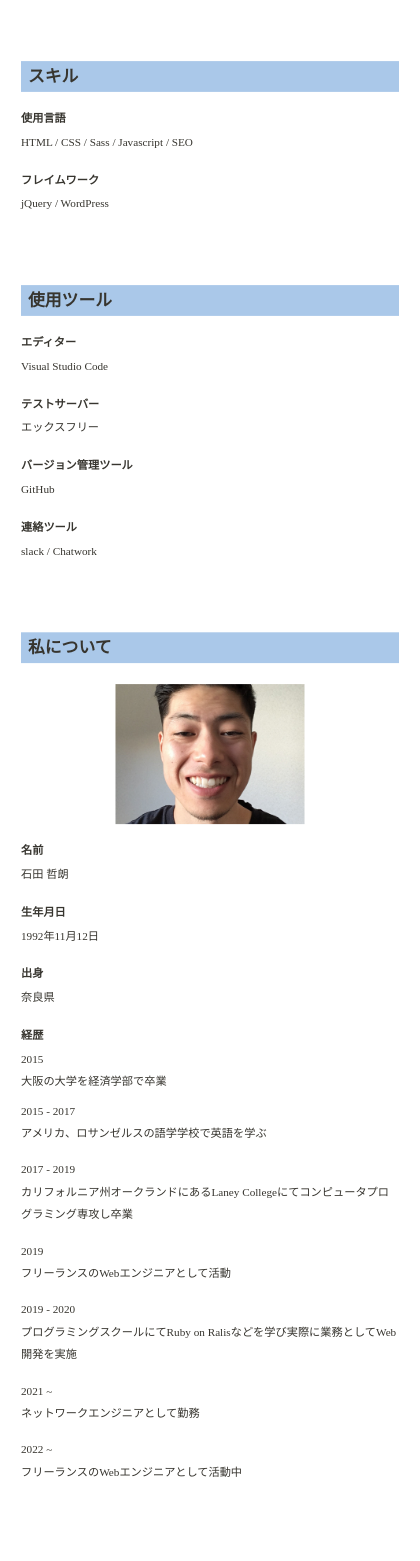
Repository: tetishi/my-portfolio
Page: index.html
These files come from the project's save history. The page is drawn as it stood at one moment and after a run of saves; the edit follows.
The browser window is 600 px wide. The pictures show the part of the page from y = 3715 to 5955 px (the page is 5945 px tall before and 5955 px after), at 70% of full size.
The style sheet was rebuilt from its Sass, Less or Tailwind sources for each picture, by a compiler version that may differ from the author's.

Above is the page before, as saved 2023-07-08 23:54:31.

### index.html
<!DOCTYPE html>
<html lang="ja">

<head>
    <meta name="robots" content="noindex">
    <meta charset="UTF-8">
    <meta name="viewport" content="width=device-width, initial-scale=1.0">
    <meta http-equiv="X-UA-Compatible" content="ie=edge">
    <meta property="og:title" content="ここにタイトル入れてください" />
    <meta property="og:type" content="website" />
    <meta property="og:url" content="#" />
    <meta property="og:image" content="#" />
    <meta property="og:site_name" content="" />
    <meta property="og:description" content="ここには説明文を入れてください" />
    <title>ポートフォリオ</title>
    <link rel="stylesheet" href="reset.css">
    <link rel="stylesheet" href="style.css">
    <link rel="icon" href="img/favicon.ico">

</head>

<body>
    <header>

    </header>

    <main>

        <section>
            <!-- ここ記入 -->
            <h1>ポートフォリオ<br class="d-none">（石田 哲朗）</h1>
            <p>お忙しい中 ご覧頂きありがとうございます。</p>
            <p>以下、過去の作品でございます。</p>
            <!-- ここ記入 -->
            <!-- <p>ベーシック認証がかかっているものは<br>ID aaa<br>パスワード aaa<br> です。</p> -->
        </section>
        <section>

            <h2>過去の作品</h2>
            <h3 class="sub-tit">LP作成</h3>

            <!-- １作品目 -->
            <div class="work">
                <!-- サイトのイメージ写真を入れます -->
                <picture>
                    <source srcset="img/munchkin.webp" type="image/webp">
                    <img src="img/munchkin.png">
                </picture>
                <!-- ここ記入 -->
                <p class="work_tit">MUNCHKIN</p>
                <!-- ここ記入 -->
                <p class="work_link"><a target="_blank" rel="noopener noreferrer" href="https://tetishi.github.io/munchkin2/">MUNCHKINへのリンク</a></p>
                <p class="details">＊担当業務</p>
                <p>コーディング</p>
                <p class="details">＊制作期間</p>
                <!-- ここ記入 -->
                <p>1週間</p>
                <p class="details">＊説明</p>
                <!-- ここ記入 -->
                <p>XDのデザインを元にHTML5, CSS3, jQueryを使いレスポンシブ対応のデザインカンプとして作成しました。jQueryによるアニメーション効果あり（ハンバーガーメニュー、スクロールボタン）</p>
            </div>

            <!-- 　２作品目 -->
            <div class="work">
                <!-- サイトのイメージ写真を入れます -->
                <picture>
                    <source srcset="img/start.webp" type="image/webp">
                    <img src="img/start.png">
                </picture>
                <!-- ここ記入 -->
                <p class="work_tit">START</p>
                <!-- ここ記入 -->
                <p class="work_link"><a target="_blank" rel="noopener noreferrer" href="https://tetishi.github.io/">STARTへのリンク</a></p>
                <p class="details">＊担当業務</p>
                <p>コーディング</p>
                <p class="details">＊制作期間</p>
                <!-- ここ記入 -->
                <p>1週間</p>
                <p class="details">＊説明</p>
                <!-- ここ記入 -->
                <p>XDのデザインを元にHTML5, CSS3, jQueryを使いレスポンシブ対応のデザインカンプとして作成しました。jQueryによるアニメーション効果あり（ハンバーガーメニュー）</p>
            </div>

            <!-- 　3作品目 -->
            <div class="work">
                <!-- サイトのイメージ写真を入れます -->
                <picture>
                    <source srcset="img/wdc.webp" type="image/webp">
                    <img src="img/wdc.png">
                </picture>
                <!-- ここ記入 -->
                <p class="work_tit">WDC</p>
                <!-- ここ記入 -->
                <p class="work_link"><a target="_blank" rel="noopener noreferrer" href="https://tetishi.github.io/wdc/">WDCへのリンク</a></p>
                <p class="details">＊担当業務</p>
                <p>コーディング</p>
                <p class="details">＊制作期間</p>
                <!-- ここ記入 -->
                <p>2週間</p>
                <p class="details">＊説明</p>
                <!-- ここ記入 -->
                <p>XDのデザインを元にHTML5, CSS3, jQueryを使いレスポンシブ対応のデザインカンプとして作成しました。jQueryによるアニメーション効果あり（ページ内スクロールボタン、トップに戻るボタン）</p>
            </div>

            <!-- 　4作品目 -->
            <div class="work">
                <!-- サイトのイメージ写真を入れます -->
                <picture>
                    <source srcset="img/cresta-design.webp" type="image/webp">
                    <img src="img/cresta-design.png">
                </picture>
                <!-- ここ記入 -->
                <p class="work_tit">Cresta Design</p>
                <!-- ここ記入 -->
                <p class="work_link"><a target="_blank" rel="noopener noreferrer" href="https://tetishi.github.io/cresta-design/">Cresta Designへのリンク</a></p>
                <p class="details">＊担当業務</p>
                <p>コーディング</p>
                <p class="details">＊制作期間</p>
                <!-- ここ記入 -->
                <p>2週間</p>
                <p class="details">＊説明</p>
                <!-- ここ記入 -->
                <p>XDのデザインを元にHTML5, CSS3, jQueryを使いレスポンシブ対応のデザインカンプとして作成しました。jQueryによるアニメーション効果あり（ハンバーガーメニュー、ページ内スクロールボタン）</p>
            </div>



            <!-- <h3 class="sub-tit">コーポレイトサイト作成</h3> -->
            <!-- <div class="work"> -->
                <!-- サイトのイメージ写真を入れます -->
                <!-- <picture>
                    <source srcset="img/#" type="image/webp">
                    <img src="img/#">
                </picture> -->
                <!-- ここ記入 -->
                <!-- <p class="work_tit">ここに作品のタイトルを入れます</p> -->
                <!-- ここ記入 -->
                <!-- <p class="work_link"><a target="_blank" rel="noopener noreferrer" href="#">ここにリンクを入れます</a></p>
                <p class="details">＊担当業務</p>
                <p>コーディング</p>
                <p class="details">＊制作期間</p> -->
                <!-- ここ記入 -->
                <!-- <p>○週間</p>
                <p class="details">＊説明</p> -->
                <!-- ここ記入 -->
                <!-- <p>ここに説明文を入れます</p>
            </div> -->


        </section>
        <section>
            <h2>スキル</h2>
            <h3 class="info-tit">使用言語</h3>
            <p>HTML / CSS / Sass / Javascript / SEO </p>
            <h3 class="info-tit">フレイムワーク</h3>
            <p>jQuery / WordPress</p>
        </section>
        <section>
            <h2>使用ツール</h2>
            <h3 class="info-tit">エディター</h3>
            <p>Visual Studio Code</p>
            <h3 class="info-tit">テストサーバー</h3>
            <p>エックスフリー</p>
            <h3 class="info-tit">バージョン管理ツール</h3>
            <p>GitHub</p>
            <h3 class="info-tit">連絡ツール</h3>
            <p>slack / Chatwork</p>
        </section>
        <section>
            <h2>私について</h2>
            <!-- 自分の写真を入れます -->
            <img class="people" src="img/myself.jpeg">
            <h3 class="info-tit">名前</h3>
            <!-- ここ記入 -->
            <p>石田 哲朗</p>
            <h3 class="info-tit">生年月日</h3>
            <!-- ここ記入 -->
            <p>1992年11月12日</p>
            <h3 class="info-tit">出身</h3>
            <!-- ここ記入 -->
            <p>奈良県</p>
            <h3 class="info-tit">経歴</h3>
            <!-- ここ記入 -->
            <ul class="carrier-list">
                <li class="carrier-item">
                    <p class="carrier-year">2015</p>
                    <p class="carrier-content">大阪の大学を経済学部で卒業</p>
                </li>
                <li class="carrier-item">
                    <p class="carrier-year">2015 - 2017</p>
                    <p class="carrier-content">アメリカ、ロサンゼルスの語学学校で英語を学ぶ</p>
                </li>
                <li class="carrier-item">
                    <p class="carrier-year">2017 - 2019</p>
                    <p class="carrier-content">カリフォルニア州オークランドにあるLaney Collegeにてコンピュータプログラミング専攻し卒業</p>
                </li>
                <li class="carrier-item">
                    <p class="carrier-year">2019</p>
                    <p class="carrier-content">フリーランスのWebエンジニアとして活動</p>
                </li>
                <li class="carrier-item">
                    <p class="carrier-year">2019 - 2020</p>
                    <p class="carrier-content">プログラミングスクールにてRuby on Ralisなどを学び実際に業務としてWeb開発を実施</p>
                </li>
                <li class="carrier-item">
                    <p class="carrier-year">2021 ~</p>
                    <p class="carrier-content">ネットワークエンジニアとして勤務</p>
                </li>
                <li class="carrier-item">
                    <p class="carrier-year">2022 ~</p>
                    <p class="carrier-content">フリーランスのWebエンジニアとして活動中</p>
                </li>
            </ul>
        </section>



    </main>

    <footer>

    </footer>

</body>

</html>

### reset.css
/*
html5doctor.com Reset Stylesheet
v1.6.1
Last Updated: 2010-09-17
Author: Richard Clark - http://richclarkdesign.com
Twitter: @rich_clark
*/

html,
body,
div,
span,
object,
iframe,
h1,
h2,
h3,
h4,
h5,
h6,
p,
blockquote,
pre,
abbr,
address,
cite,
code,
del,
dfn,
em,
img,
ins,
kbd,
q,
samp,
small,
strong,
sub,
sup,
var,
b,
i,
dl,
dt,
dd,
ol,
ul,
li,
fieldset,
form,
label,
legend,
table,
caption,
tbody,
tfoot,
thead,
tr,
th,
td,
article,
aside,
canvas,
details,
figcaption,
figure,
footer,
header,
hgroup,
menu,
nav,
section,
summary,
time,
mark,
audio,
video {
    margin: 0;
    padding: 0;
    border: 0;
    outline: 0;
    font-size: 100%;
    vertical-align: baseline;
    background: transparent;
}

body {
    line-height: 1;
}

article,
aside,
details,
figcaption,
figure,
footer,
header,
hgroup,
menu,
nav,
section {
    display: block;
}

nav ul {
    list-style: none;
}

blockquote,
q {
    quotes: none;
}

blockquote:before,
blockquote:after,
q:before,
q:after {
    content: '';
    content: none;
}

a {
    margin: 0;
    padding: 0;
    font-size: 100%;
    vertical-align: baseline;
    background: transparent;
}


/* change colours to suit your needs */

ins {
    background-color: #ff9;
    color: #000;
    text-decoration: none;
}


/* change colours to suit your needs */

mark {
    background-color: #ff9;
    color: #000;
    font-style: italic;
    font-weight: bold;
}

del {
    text-decoration: line-through;
}

abbr[title],
dfn[title] {
    border-bottom: 1px dotted;
    cursor: help;
}

table {
    border-collapse: collapse;
    border-spacing: 0;
}


/* change border colour to suit your needs */

hr {
    display: block;
    height: 1px;
    border: 0;
    border-top: 1px solid #cccccc;
    margin: 1em 0;
    padding: 0;
}

input,
select {
    vertical-align: middle;
}


/*end reset css*/

### style.scss
$main-color: #AAC8E9;
img {
    width: 100%;
}

h1,
h2,
h3,
p {
    color: #37352F;
}

a {
    color: #7A7975;
}

h1 {
    font-size: 2.5rem;
    margin-bottom: 50px;
}

h2 {
    background-color: $main-color;
    font-size: 1.5rem;
    padding: 10px;
    margin-top: 100px;
}

p {
    line-height: 2;
}

.d-flex {
    display: flex;
}

.d-none {
    display: none;
}

.d-block {
    display: block;
}

header {
    height: 50px;
    width: 100%;
    position: fixed;
    top: 0;
    background-color: #ffffff;
    margin-bottom: 50px;
    display: flex;
    align-items: center;
    .logo {
        width: 150px;
    }
}

.header-inner {
    width: 90%;
    margin: 0 auto;
}

main {
    max-width: 800px;
    width: 80%;
    margin: 150px auto;
}

.sub-tit {
    margin-top: 70px;
    margin-bottom: -60px;
}

.info-tit {
    margin: 30px 0 10px 0;
}

.work {
    width: 90%;
    margin: 0 auto;
    margin-top: 100px;
    img {
        max-height: 300px;
        object-fit: contain;
        margin: 0 auto;
        margin-bottom: 30px;
        display: block;
    }
    .d-flex img {
        max-width: 450px;
        width: 70%;
    }
}

.details {
    margin-top: 30px;
}

.people {
    height: 200px;
    width: 20%;
    object-fit: cover;
    margin-top: 50px;
}

.carrier-item {
    display: flex;
    .carrier-year {
        white-space: nowrap;
        width: 20%;
    }
    .carrier-content {
        width: 80%;
    }
}

@media all and (max-width:650px) {
    main {
        width: 90%;
        margin: 100px auto;
    }
    .d-flex {
        display: block;
    }
    .d-none {
        display: block;
    }
    .d-block {
        display: none !important;
    }
    h1 {
        font-size: 2rem;
    }
    .people {
        display: block;
        width: 50%;
        margin: 0 auto;
        margin-top: 30px;
    }
    // .carrier-list {
    //     list-style-type: disc;
    // }
    .carrier-item {
        display: block;
        padding: 10px 0;
        &:first-of-type {
            padding: 0;
        }
        // list-style-type: disc;
        .carrier-year {
            // list-style-type: disc;
            width: 100%;
        }
        .carrier-content {
            width: 100%;
        }
    }
}

After the next 2 saves:
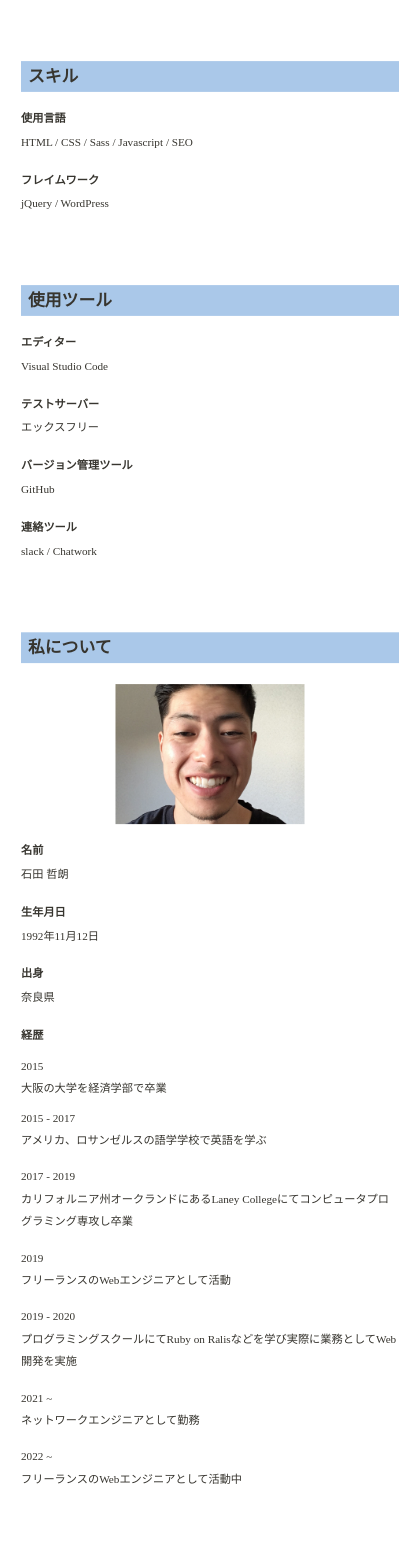
The 2 saves are shown as one change because they came seconds apart.
The last was saved 91 s later.
--- a/style.scss
+++ b/style.scss
@@ -145,7 +145,7 @@ main {
         display: block;
         padding: 10px 0;
         &:first-of-type {
-            padding: 0;
+            padding-bottom: 0;
         }
         // list-style-type: disc;
         .carrier-year {
